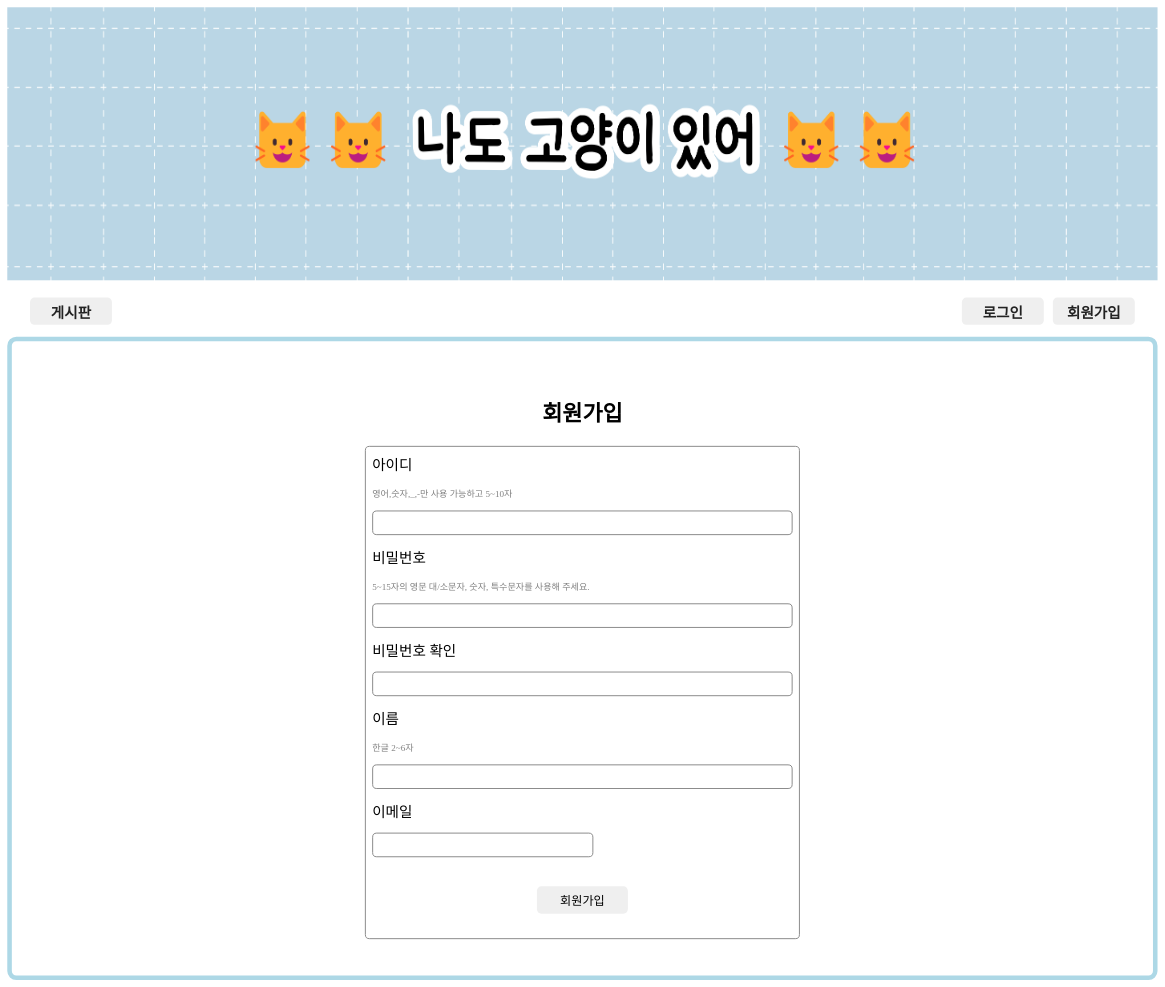
Repository: hh7711/Goit
Page: http://localhost/Goit/WEB-INF/views/signUpPage.jsp
An editor plug-in stored every save of this project. The page is shown before and after the next save, followed by the edit.
The browser window is 1280 px wide. The pictures show the whole page, at 91% of full size.
Some web fonts or font styles are not loaded; a fallback is used. The page is served by Tomcat 9. Nobody is signed in. Other server files are loaded and not shown. The template is opened directly, without the code that normally fills it, so the values that code supplies are empty.

Above is the page before, as saved 2023-08-03 07:33:46.

### Goit/src/main/webapp/WEB-INF/views/signUpPage.jsp
<%@ page language="java" contentType="text/html; charset=UTF-8"
    pageEncoding="UTF-8"%>
<%@ taglib prefix="c" uri="http://java.sun.com/jsp/jstl/core" %>
<!DOCTYPE html>
<html>
<head>
<meta charset="UTF-8">
<title>나도 고양이 있어</title>
    <style>
    	@font-face {
		    font-family: 'Dovemayo_gothic';
		    src: url('https://cdn.jsdelivr.net/gh/projectnoonnu/noonfonts_2302@1.1/Dovemayo_gothic.woff2') format('woff2');
		    font-weight: normal;
		    font-style: normal;
		}
		body,button,textarea {
			font-family: 'Dovemayo_gothic';
		}
		#main1{
			border: 5px solid lightblue;
			border-radius: 10px;
		}
		.headBtnDiv{
			margin-bottom: 30px; margin-top: 10px;
			margin-left: 20px; margin-right: 20px;
		}
    	.headBtn{
        	border: 0.5px;
        	width: 90px;
        	height: 30px;
        	color: rgb(34, 34, 34);
        	border-radius: 5px;
        	font-size: medium;
        	font-weight: bold;
        	margin: 5px;
        }
        .headBtn:hover{
        	background-color: rgb(211, 253, 255);
        }
        .headId{
        	font-size: medium;
        	font-weight: bold;
        	margin-top: 8px; margin-left: 5px; margin-right: 5px; margin-bottom: 10px;
        }
        table{
            margin-left: auto; margin-right: auto;
            margin-top: 40px; margin-bottom: 40px;
            border: 0.2px solid gray;
            border-radius: 5px;
            align-content: center;
        }
        tr,td{
        	padding: 5px;
        }
        input{
            /* border-top: none; border-left: none; border-right: none; */
            /* border-bottom: 0.5px solid; */
            /* border-top-left-radius: 5px; border-top-right-radius: 5px; */
            border: 0.5px solid gray;
            border-radius: 5px;
            height: 23px;
            font-family: 'Dovemayo_gothic';
        }
        .write:focus{
            background-color: #E8F5FF;
            color: rgb(75, 75, 75);
            outline: none;
            /* box-shadow: 0 0 0 2px #f00; */
        }
        #signUp{
            border: none;
            border-radius: 5px;
            width: 100px;
            height: 30px;
        }
        #signUp:hover{
            background-color: #E8F5FF;
        }
        .displaynone{
        	color: red;
        }
    </style>
</head>
<body>
<!-- 상단 -->
	<div>
		<a href="mainPage">
			<img style="height: 300px;" alt="오류" src="resources/main/main15.png" width="100%">
		</a>
	</div>
	<div class="headBtnDiv">
		<button type="button" class="headBtn" style="float: left;" onclick="location.href='boardList'">게시판</button>
		<c:if test="${dto == null}">
			<button type="button" class="headBtn" style="float: right;" onclick="location.href='signUpPage'">회원가입</button>
			&nbsp;<button type="button" class="headBtn" style="float: right;" onclick="location.href='signInPage'">로그인</button>
		</c:if>
		<c:if test="${dto != null}">
			<button type="button" class="headBtn" style="float: right;" onclick="location.href='signOut'">로그아웃</button>&nbsp;
			<button type="button" class="headBtn" style="float: right;" onclick="location.href='myPage'">마이페이지</button>
			<span class="headId" style="float: right;">${dto.id}님</span>
		</c:if>
	</div>
<!-- 상단 -->
	<div id="main1">
		<div id="main2">
			<div><!-- 본문 -->
				<form method="post" action="signUp" name="signup">
					<table>
						<caption><h2>회원가입</h2></caption>
						<tr>
			                <td>아이디</td>
						</tr>
						<tr>
			                <td style="color: gray; font-size: x-small;">
			                	영어,숫자,_,-만 사용 가능하고 5~10자
			                </td>
						</tr>
			            <tr>
			                <td>
			                    <!-- <input type="text" name="id" id="id" placeholder="아이디를 입력하세요"> -->
			                    <input type="text" name="id" id="id" class="write" size="60" maxlength="10">
			                </td>
			            </tr>
						<tr id="idX" style="display: none;">
							<td style="height: 10px">
			                   	<span class="displaynone">사용할 수 없는 아이디입니다. 다른 아이디를 입력해 주세요.</span>
			                </td>
						</tr>
						<tr id="idO" style="display: none;">
			                <td>
			                    <span class="displaynone">사용 가능한 아이디 입니다.</span>
			                </td>
						</tr>
						<tr>
			                <td>
			                	비밀번호
			                </td>
						</tr>
						<tr>
			                <td style="color: gray; font-size: x-small;">
			                	<span>5~15자의 영문 대/소문자, 숫자, 특수문자를 사용해 주세요.</span>
			                </td>
						</tr>
			            <tr>
			                <td>
			                    <input type="password" id="pwd1" class="write" size="60" maxlength="15">
			                </td>
			            </tr>
						<tr>
			                <td>비밀번호 확인</td>
						</tr>
			            <tr>
			                <td>
			                    <input type="password" name="pwd" id="pwd2" class="write" size="60" maxlength="15">
			                </td>
			            </tr>
			            <tr id="pwdX" style="display: none;">
			                <td>
			                    <span class="displaynone">비밀번호가 일치하지 않습니다.</span>
			                </td>
			            </tr>
			            <tr id="pwdO" style="display: none;">
			                <td>
								<span class="displaynone">비밀번호가 일치합니다.</span>
			                </td>
			            </tr>
						<tr>
			                <td>이름</td>
						</tr>
						<tr>
			                <td style="color: gray; font-size: x-small;">
			                	한글 2~6자
			                </td>
						</tr>
			            <tr>
			                <td colspan="2">
			                    <input type="text" name="name" id="name" class="write" size="60" maxlength="6">
			                </td>
			            </tr>
						<tr>
			                <td>이메일</td>
						</tr>
			            <tr>
			                <td colspan="2">
			                    <input type="text" name="email" id="email" class="write" size="30">
			                </td>
			            </tr>
			            <tr>
			                <td align="center">
			                    <div style="margin: 20px;">
			                        <button type="button" id="signUp">회원가입</button>
			                    </div>
			                </td>
			            </tr>
					</table>
				</form>
			</div><!-- 본문 -->
		</div><!-- main1 -->
	</div><!-- main2 -->
    <script src="https://ajax.googleapis.com/ajax/libs/jquery/3.3.1/jquery.min.js"></script>
    <script type="text/javascript">
        var idCheck = false;
        var pwdCheck = false;
        $("#id").on("propertychange change keyup paste input", function () {
        	var id = $(this).val();
            $.ajax({
                url: "idCheck",
                type: "post",
                data: {id : id},
                dataType: "json",
                success : function(result) {
                    if (result == 2) {
                        $("#idO").show();
                        $("#idX").hide();
                        idCheck = true;
                    }else if (result == 1) {
                        $("#idX").show();
                        $("#idO").hide();
                        idCheck;
                    }
                },
                error: function(){
                    alert("오류");
                }
            });
        });
        $("#pwd2").on("propertychange change keyup paste input", function () {
        	console.log("비밀번호 입력중")
			if ($("#pwd1").val() != $("#pwd2").val()) {
			    $("#pwdX").show();
			    $("#pwdO").hide();
			}else if ($("#pwd1").val() == $("#pwd2").val()) {
			    $("#pwdO").show();
			    $("#pwdX").hide();
			}
        });
//      아이디, 비밀번호, 이름, 이메일 유효성검사를 위한 정규식
// 		영어,숫자,_,-만 사용 가능하고 5~10자
        var userIdCheck = RegExp(/^[A-Za-z0-9_\-]{5,10}$/);
//      영문 대/소문자, 숫자, 특수문자를 하나 이상 포함하여 5~15자
        var userPwdCheck = (/^(?=.*[a-z])(?=.*[A-Z])(?=.*[0-9])(?=.*[!@#$%^*?]).{5,15}$/);
//         한글 2~6자
        var userNameCheck = RegExp(/^[가-힣]{2,6}$/);

        var userEmailCheck = RegExp(/^[A-Za-z0-9_\.\-]+@[A-Za-z0-9\-]+\.[A-Za-z0-9\-]+/);

//      회원가입 버튼 눌렀을때
        $("#signUp").on("click", function() {
			if ($("#id").val() == "") {
				alert("아이디를 입력해주세요.");
				$("#id").focus();
				return false;
			}
			if(!userIdCheck.test($("#id").val())){
		        alert("아이디 형식에 맞게 입력해주세요.");
		        $("#id").focus();
		        return false;
	      	}
        	if (idCheck == false) {
        		alert("이미 존재하는 아이디 입니다.");
				$("#id").focus();
				return false;
			}
			if ($("#id").val().length < 5) {
				alert("아이디는 5글자 이상이여야 합니다");
				$("#id").focus();
				return false;
			}
			if ($("#pwd1").val() == "" || $("#pwd2").val() == "") {
				alert("비밀번호를 입력해주세요.");
				$("#pwd1").focus();
				return false;
			}
			if ($("#id").val() == $("#pwd1").val()) {
				alert("아이디를 비밀번호로 사용할 수 없습니다.");
				$("#pwd1").val("");
				$("#pwd1").focus();
				return false;
			}
			if ($("#pwd1").val().length < 5) {
				alert("비밀번호는 5자 이상이여야 합니다.");
				$("#pwd1").focus();
				return false;
			}
			if ($("#pwd1").val() != $("#pwd2").val()) {
				alert("비밀번호가 일치하지 않습니다.");
				$("#pwd1").focus();
				return false;
			}
			if(!userPwdCheck.test($("#pwd1").val())){
		        alert("비밀번호 형식에 맞게 입력해주세요.");
		        $("#pwd1").focus();
		        return false;
	      	}
			if ($("#name").val() == "") {
				alert("이름을 입력해주세요.");
				$("#name").focus();
				return false;
			}
			if(!userNameCheck.test($("#name").val())){
		        alert("이름똑바로~");
		        $("#name").focus();
		        return false;
	      	}
			if ($("#email").val() == "") {
				alert("이메일을 입력해주세요.");
				$("#email").focus();
				return false;
			}
			if(!userEmailCheck.test($("#email").val())){
		        alert("이메일주소가 올바르지 않습니다.");
		        $("#email").focus();
		        return false;
	      	}
			document.signup.submit();
		});
    </script>
</body>
</html>

After the next save:
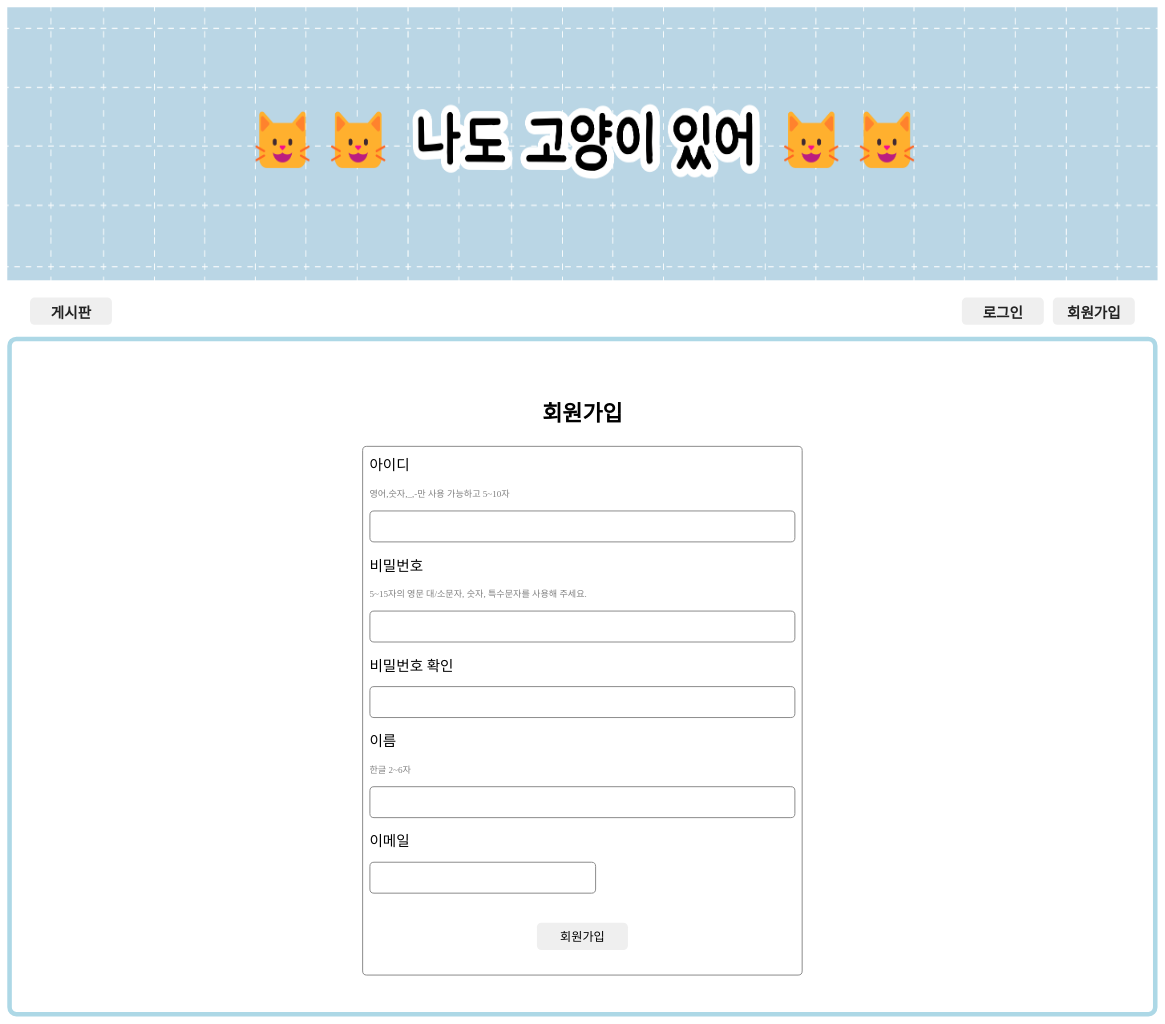
Saved 50 s later.
--- a/Goit/src/main/webapp/WEB-INF/views/signUpPage.jsp
+++ b/Goit/src/main/webapp/WEB-INF/views/signUpPage.jsp
@@ -60,6 +60,7 @@
             border-radius: 5px;
             height: 23px;
             font-family: 'Dovemayo_gothic';
+            padding: 5px;
         }
         .write:focus{
             background-color: #E8F5FF;
